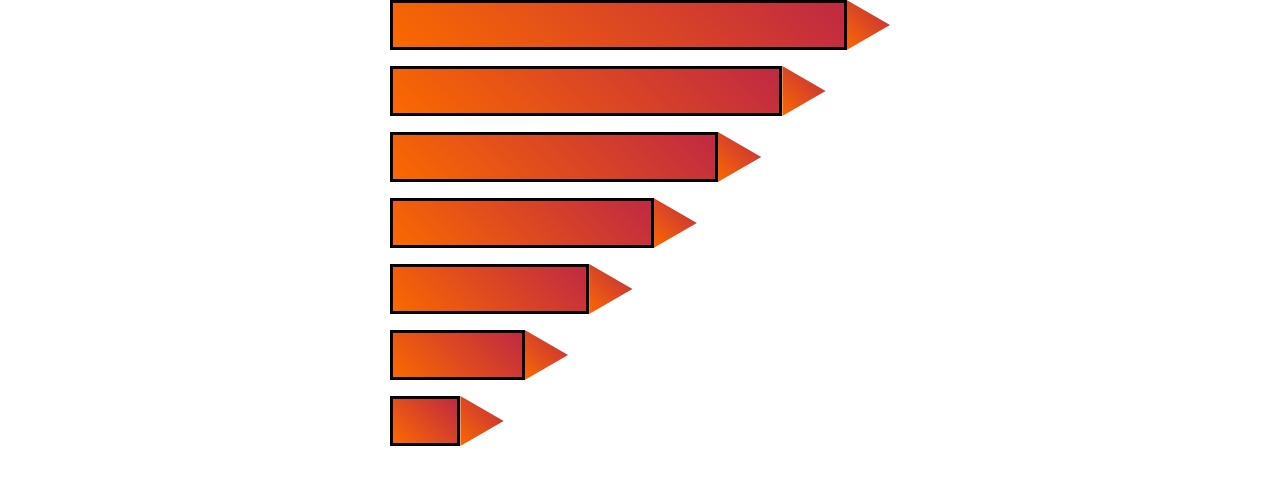
Repository: abdouAppcraft/Predict-DPE
Page: /result
These files come from the project's save history. The page is drawn as it stood at one moment and after the next save; the edit follows.
The browser window is 1280 px wide. The pictures show the whole page.
The project was rebuilt for these pictures with package versions that can differ from the ones it lists, and the page was loaded fresh each time. Also part of the build but not shown: src/hooks/useDpeOptions.tsx, src/screens/PredictForm/PredictForm.css, src/strings/string.ts, src/utils/computeData.ts, src/screens/PredictForm/PredictForm.tsx.

Above is the page before, as saved 2024-06-12 09:52:36.

### src/App.tsx
import React from "react";
import PredictForm from "./screens/PredictForm/PredictForm";
import { createBrowserRouter, RouterProvider } from "react-router-dom";
import Result from "./screens/Result/Result";

const router = createBrowserRouter([
  {
    path: "/",
    Component: PredictForm,
  },
  {
    path: "/result",
    Component: Result,
  },
]);

const App: React.FC = () => {
  return (
    <>
      <RouterProvider router={router} />
    </>
  );
};

export default App;

### src/screens/Result/Result.tsx
import React from "react";
import "./Result.css";

type Props = {};

const letter = [
  { label: "A", color: "#059212" },
  { label: "B", color: "#06D001" },
  { label: "C", color: "ACD793" },
  { label: "D", color: "#ffd60a" },
  { label: "E", color: "#f8961e" },
  { label: "F", color: "#f3722c" },
  { label: "G", color: "#d90429" },
];

const Result: React.FC<Props> = (props) => {
  return (
    <div style={{ maxWidth: 500, margin: "auto" }}>
      {letter.map((l, index) => (
        <ResultItem flex={(letter.length - index) / letter.length} />
      ))}
    </div>
  );
};

export default Result;

const ResultItem: React.FC<{ flex: number }> = ({ flex }) => {
  return (
    <div>
      <div style={{ display: "flex", height: 50, marginBottom: "1rem" }}>
        <div style={{ flex, border: "solid" }} className="shape"></div>
        <div className=" shape triangle"></div>
      </div>
    </div>
  );
};

### src/screens/Result/Result.css
/* HTML: <div class="triangle"></div> */
.shape {
    background: linear-gradient(45deg,#FA6900,#C02942);

}

.triangle {
    aspect-ratio: cos(30deg);
    clip-path: polygon(0 0,100% 50%,0 100%);
  }

Loaded but not shown: public/index.html (common file); src/index.tsx (common file); src/index.css (common file); src/reportWebVitals.ts (common file)

After the next save:
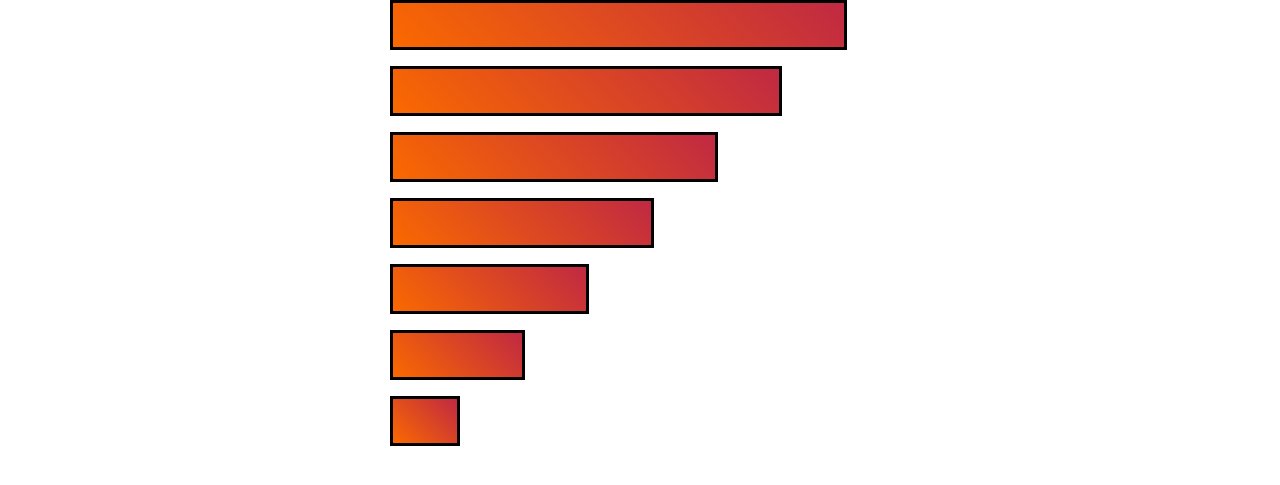
Saved 61 s later.
--- a/src/screens/Result/Result.tsx
+++ b/src/screens/Result/Result.tsx
@@ -17,7 +17,7 @@ const Result: React.FC<Props> = (props) => {
   return (
     <div style={{ maxWidth: 500, margin: "auto" }}>
       {letter.map((l, index) => (
-        <ResultItem flex={(letter.length - index) / letter.length} />
+        <ResultItem {...l} flex={(letter.length - index) / letter.length} />
       ))}
     </div>
   );
@@ -25,12 +25,16 @@ const Result: React.FC<Props> = (props) => {
 
 export default Result;
 
-const ResultItem: React.FC<{ flex: number }> = ({ flex }) => {
+const ResultItem: React.FC<{ flex: number; label: string; color: string }> = ({
+  flex,
+  label,
+  color,
+}) => {
   return (
     <div>
       <div style={{ display: "flex", height: 50, marginBottom: "1rem" }}>
         <div style={{ flex, border: "solid" }} className="shape"></div>
-        <div className=" shape triangle"></div>
+        <div className=" triangle"></div>
       </div>
     </div>
   );
